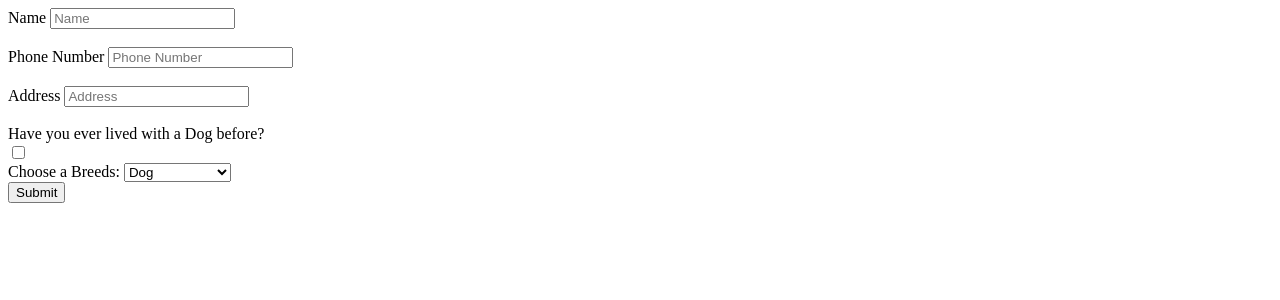
Repository: acciojob/dog-adoption-application-vandanayadav15
Page: main.html
The author's editor kept a copy of each file at every save. The page is drawn from the files as they stood at one save, then again after a run of saves.
The browser window is 1280 px wide. The pictures show the whole page.

Above is the page before, as saved 2022-10-14 11:04:59.

### main.html
<!DOCTYPE html>

<html>

<head>
	<link rel="stylesheet" href="styles.css">
</head>

<body>
	<!-- the entire body must be written by student -->
	<form >
		<label>Name</label>
		<input type="text" id="name" , placeholder="Name" /><br><br>
		<label>Phone Number	</label>
		<input type="text" id="phone" placeholder="Phone Number"><br><br>
		<label>Address</label>
		<input type="text" id="address" placeholder="Address"><br><br>
		<label for="dog"> Have you ever lived with a Dog before?</label><br>
		<input type="checkbox" id="checkbox" value="Have you ever lived with a Dog before?"><br>
		<label for="cars">Choose a Breeds:</label>
		<select id="multiselect" name="Please select your preferred breeds">
			<option value="dog">Dog</option>
			<option value="cat">Cat</option>
			<option value="jermansefford">Jermansefford</option>
		</select><br>
		<input type="submit" id="submit" value="Submit">

	</form>

	<script type="text/javascript" src="./script.js">
	</script>

</body>

</html>

### styles.css

/* Your CSS Code here. */

Loaded but not shown: script.js (common file)

After the next 4 saves:
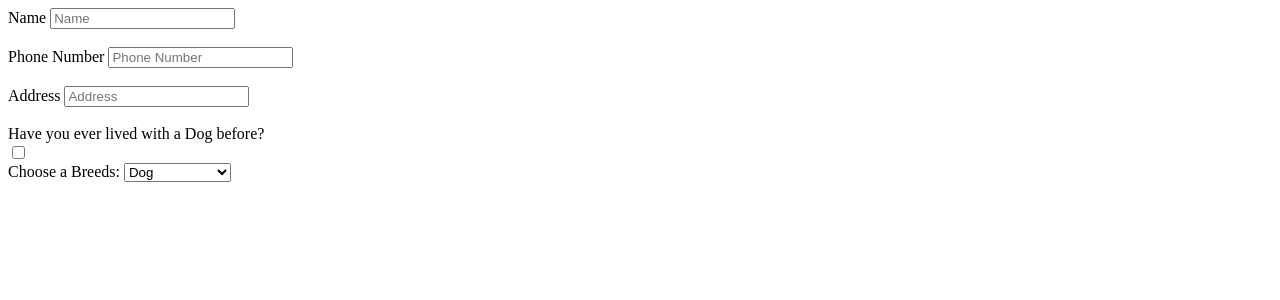
The 4 saves are shown as one change because they came seconds apart.
The last was saved 17 s later.
--- a/main.html
+++ b/main.html
@@ -22,7 +22,8 @@
 			<option value="dog">Dog</option>
 			<option value="cat">Cat</option>
 			<option value="jermansefford">Jermansefford</option>
-		</select><br>
+		</select><br><br>
+		<lab
 		<input type="submit" id="submit" value="Submit">
 
 	</form>
